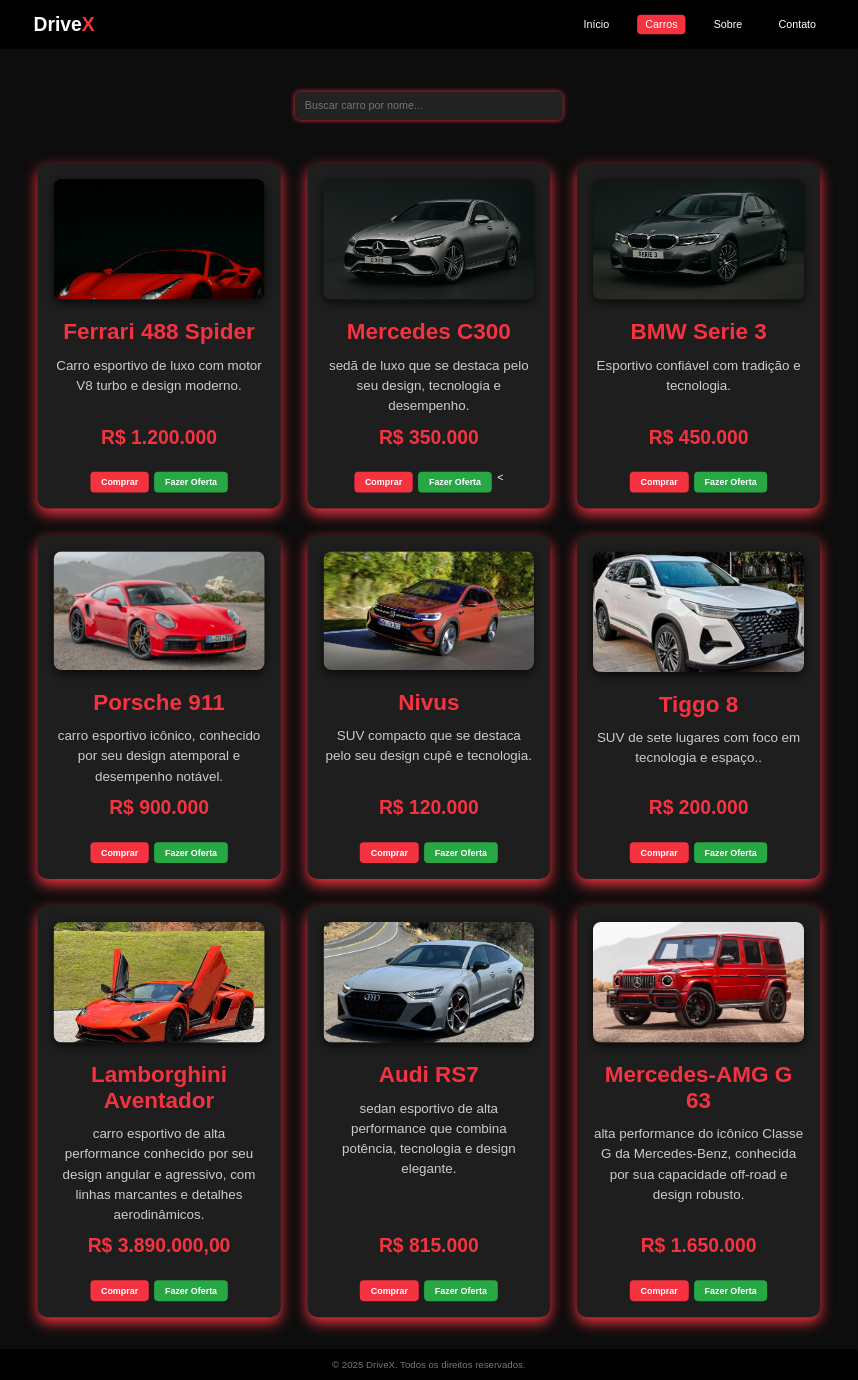
Repository: Mateushlp/DriveX
Page: carros.html
These files come from the project's save history. The page is drawn as it stood at one moment and after the next save; the edit follows.
The browser window is 1280 px wide. The pictures show the whole page, at 67% of full size.

Above is the page before, as saved 2025-06-24 22:28:26.

After the next save:
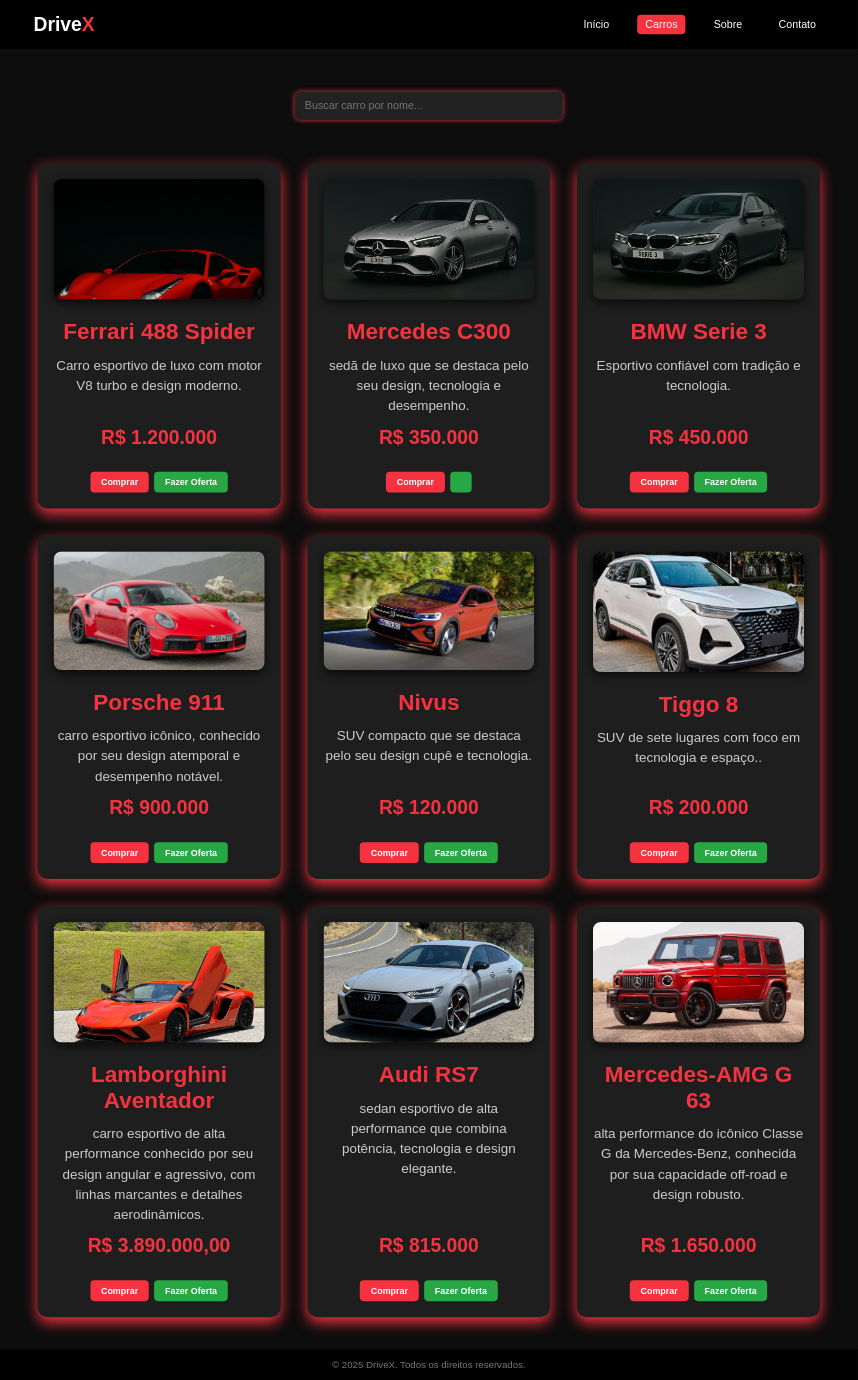
Saved 15 s later.
--- a/carros.html
+++ b/carros.html
@@ -43,7 +43,7 @@
         <strong>R$ 350.000</strong>
         <div class="botoes-card">
   <button class="btn-encomenda" data-modelo="Mercedes C300">Comprar</button>
-  <button class="btn-oferta" data-modelo="Mercedes C300"><Fazer href="./contato.html">Fazer Oferta</button><</a>
+  <button class="btn-oferta" data-modelo="Mercedes C300"><Fazer href="./contato.html"></Fazer Oferta</button>
 </div>
 
       </div>
